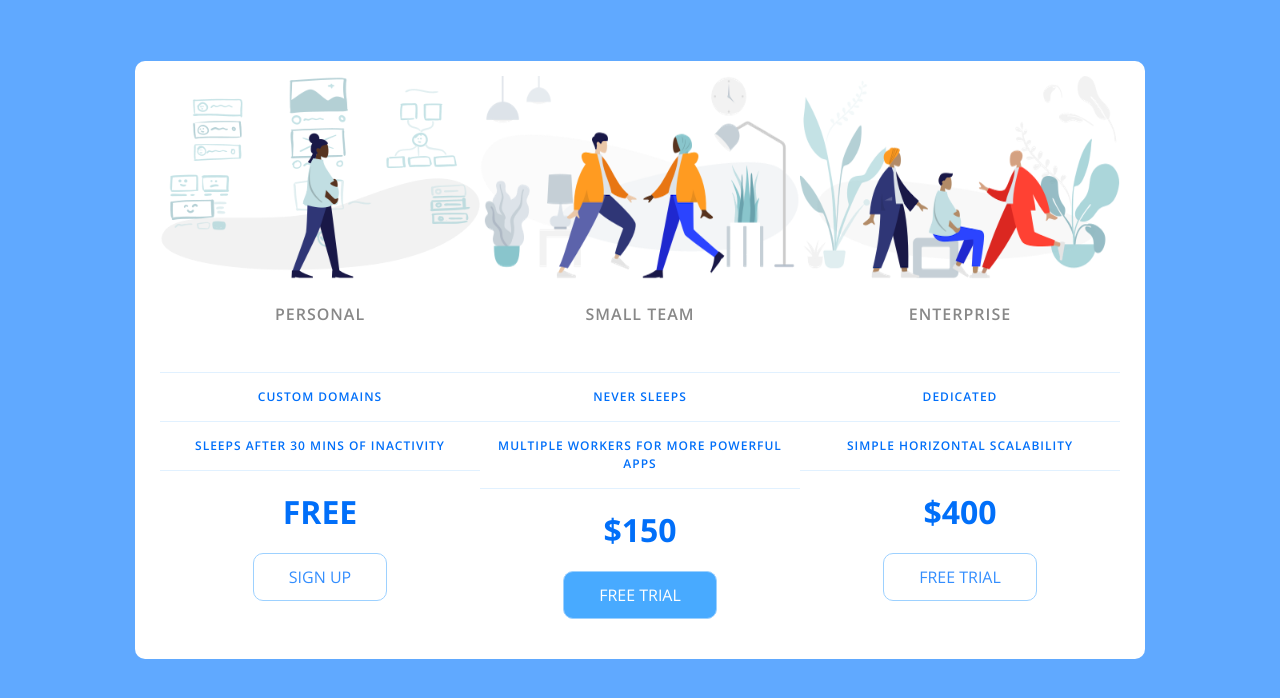
Repository: patrik-fredlund/pricing_panel_udemy
Page: PriceTableStarter/index.html
These files come from the project's save history. The page is drawn as it stood at one moment and after the next save; the edit follows.
The browser window is 1280 px wide. The pictures show the whole page.

Above is the page before, as saved 2021-06-27 14:02:46.

After the next save:
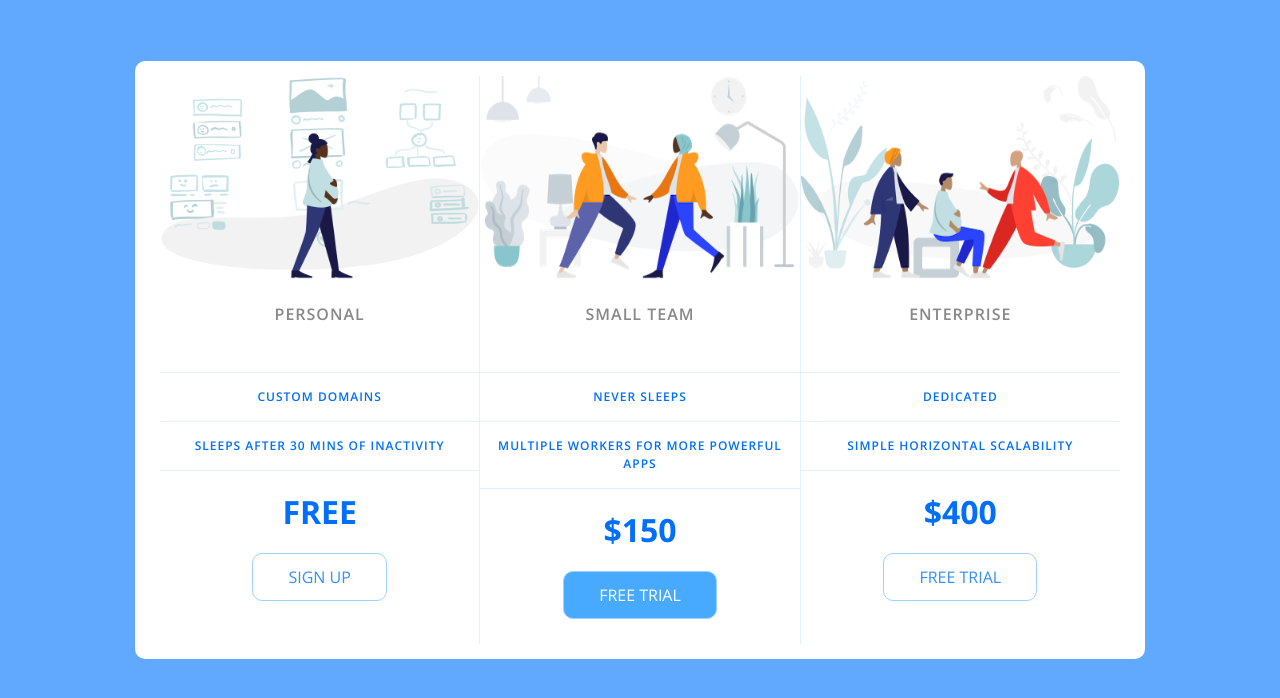
Saved 10 s later.
--- a/PriceTableStarter/app.css
+++ b/PriceTableStarter/app.css
@@ -158,7 +158,7 @@ background-color: #e1f1ff;
         border-bottom: none;
         border-right: 1px solid #e1f1ff;
     }
-    .pricing-plan {
+    .pricing-plan:last-child {
         border-right: none;
     }
 }
